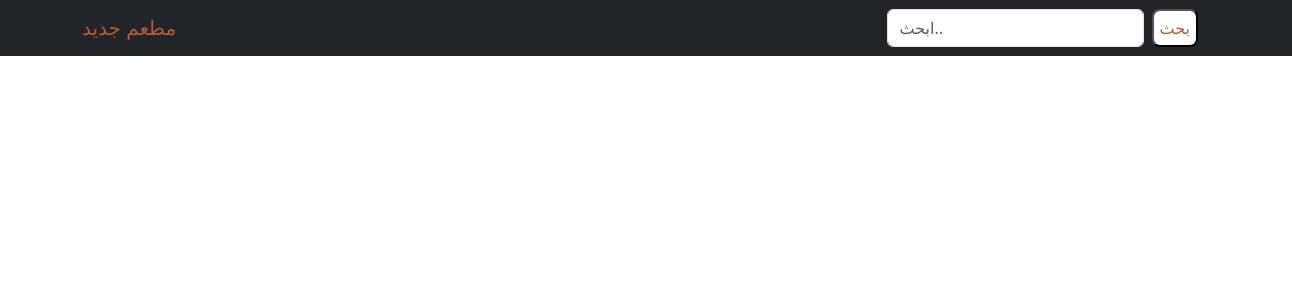
Repository: kerlos-alfy/Restaurant-Menu
Page: /
These files come from the project's save history. The page is drawn as it stood at one moment and after the next save; the edit follows.
The browser window is 1280 px wide. The page is 1292 px wide, so the pictures cover 1292 px, including what lies to the right of the window. The pictures show the whole page.
Some web fonts or font styles are not loaded; a fallback is used. The project was rebuilt for these pictures with package versions that can differ from the ones it lists, and the page was loaded fresh each time. Also part of the build but not shown: vite.config.js, src/App.css.

Above is the page before, as saved 2024-12-20 01:02:31.

After the next save:
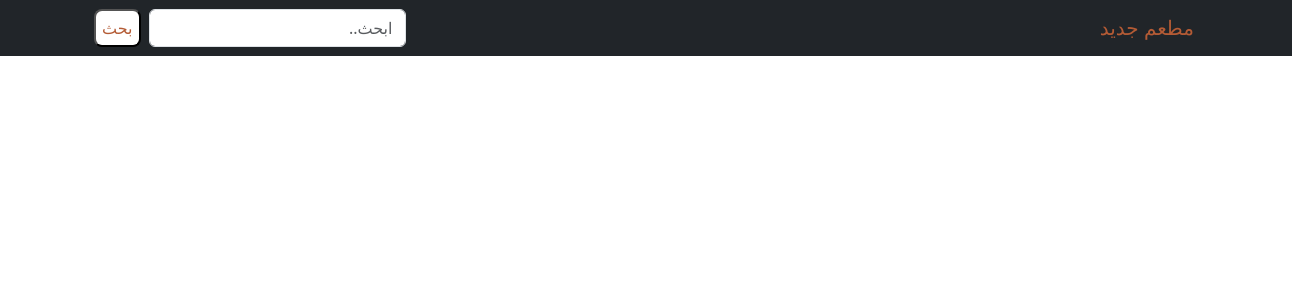
Saved 28 s later.
--- a/index.html
+++ b/index.html
@@ -1,5 +1,5 @@
 <!DOCTYPE html>
-<html lang="en">
+<html lang="ar" dir="rtl">
 	<head>
 		<meta charset="UTF-8" />
 		<link rel="icon" type="image/svg+xml" href="/vite.svg" />
